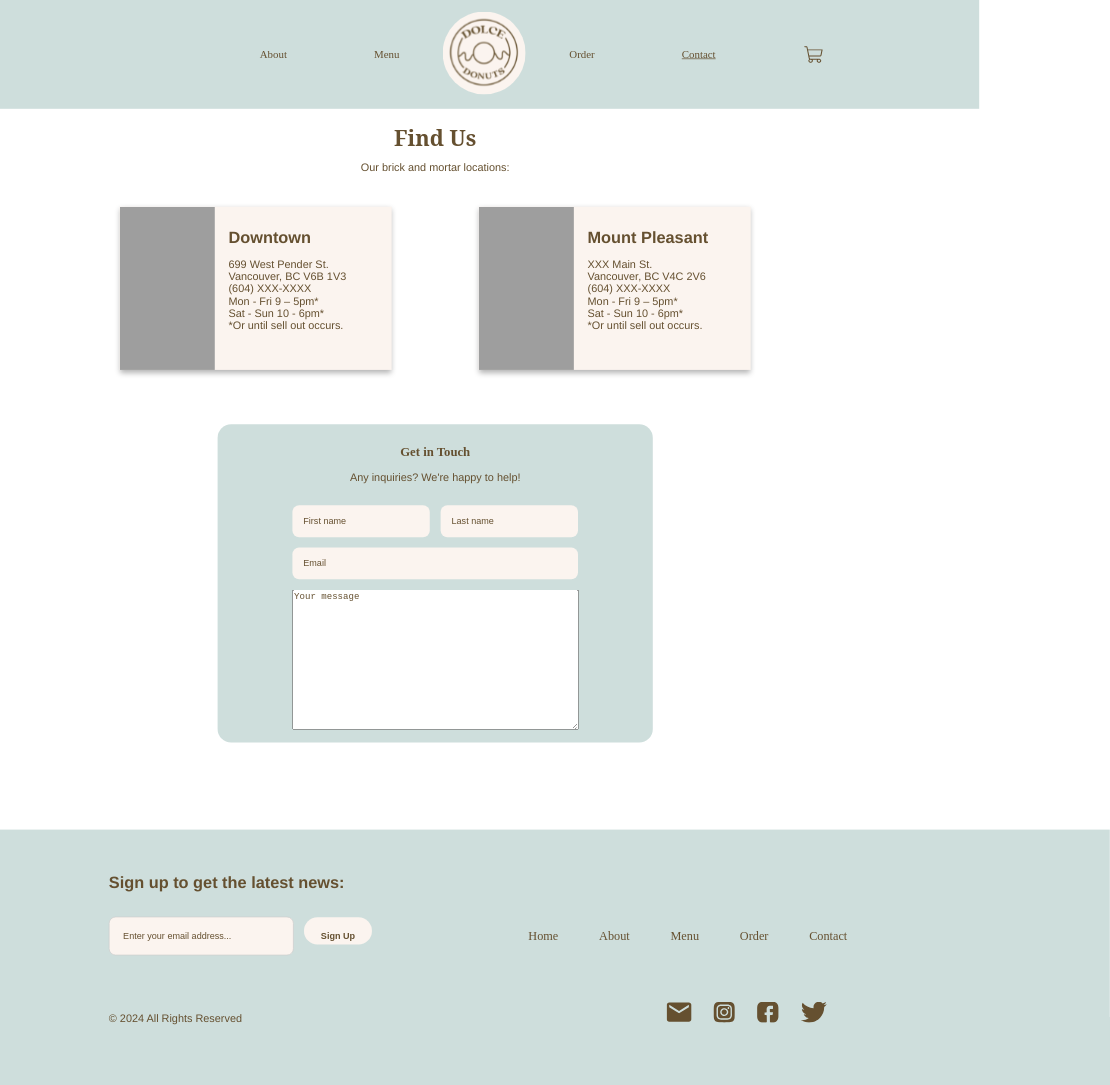
Repository: Crystalhtc/dolcedonuts
Page: /contact
These files come from the project's save history. The page is drawn as it stood at one moment and after the next save; the edit follows.
The browser window is 1280 px wide. The page is 1632 px wide, so the pictures cover 1632 px, including what lies to the right of the window. The pictures show the whole page, at 68% of full size.
Pictures or frames that could not be fetched are drawn as grey boxes. The project was rebuilt for these pictures with package versions that can differ from the ones it lists, and the page was loaded fresh each time. Also part of the build but not shown: vite.config.js, src/pages/Home.module.css, src/pages/Home.jsx, src/components/ProductCard/ProductCard.jsx, src/Data/products.js, src/pages/Order.css, src/pages/Menu.jsx, src/pages/Order.jsx and 13 more.

Above is the page before, as saved 2024-10-20 15:36:53.

### src/App.jsx
import React from 'react';
import "./App.css";
import { BrowserRouter as Router, Route, Routes } from 'react-router-dom';
import Header from './components/Header/Header';
import Footer from './components/Footer/Footer';
import Home from './pages/Home';
import Menu from './pages/menu';
import Order from './pages/order';
import Contact from './pages/Contact';
import About from './pages/About';
import Checkout from './pages/Checkout';
import Cart from './pages/Cart';
import ProductDetails from './pages/ProductDetails';
import PaymentReview from './pages/PaymentReview';

function App() {

  return (
    <Router>
      <Header />
      <Routes>
        <Route path="/" element={<Home />} />
        <Route path="/about" element={<About />} />
        <Route path="/menu" element={<Menu />} />
        <Route path="/order" element={<Order />} />
        {/* <Route path="/productdetails/:id" element={<ProductDetails />} /> */}
        <Route path="/productdetails" element={<ProductDetails />} />
        <Route path="/contact" element={<Contact />} />
        <Route path="/cart" element={<Cart />} />
        <Route path="/checkout" element={<Checkout />} />
        <Route path="/paymentreview" element={<PaymentReview />} />
      </Routes>
      <Footer />
    </Router>
  );
}

export default App;

### src/App.css
@import url('https://fonts.googleapis.com/css2?family=Arimo:ital,wght@0,400..700;1,400..700&display=swap');
@import url('https://fonts.googleapis.com/css2?family=Noto+Serif:ital,wght@0,100..900;1,100..900&display=swap');

:root {
    --mint: #CEDEDC;
    --cream: #FBF4EF;
    --pink: #F5CCD6;
    --dark-pink: #E3BBC5;
    --brown: #655030;
    --dark-brown: #4C3B22;
}
body {
    margin: 0 auto;
}
/* font */
/* heading, button */
h1 {
    font-family: "Noto Serif", serif;
    color: #655030;
    font-size: 28pt;
}
/* subheading */
h2 {
    font-size: 24pt;
    font-family: 'Arimo', sans-serif;
    color: #655030;
}
/* paragraph */
p {
    font-family: 'Arimo', sans-serif;
    color: #655030;
}

.container {
    max-width: 1440px;
    margin: 0 auto;
    height: auto;
    /* padding: 20px;  */
}

### src/components/Header/Header.jsx
import { NavLink } from 'react-router-dom';
import styles from './Header.module.css';
import logo from '../../assets/logo.svg';
import cartIcon from '../../assets/cart-icon.svg';

export default function Header() {
  return (
    <nav className={styles.nav}>
      <ul className={styles.navList}>
        <li className={styles.navItem}>
          <NavLink to="/about" className={({ isActive }) => (isActive ? styles.activeLink : undefined)}>About</NavLink>
        </li>
        <li className={styles.navItem}>
          <NavLink to="/menu" className={({ isActive }) => (isActive ? styles.activeLink : undefined)}>Menu</NavLink>
        </li>
        <li className={styles.logoContainer}>
          <NavLink to="/">
            <img src={logo} alt="Logo" className={styles.logo} />
          </NavLink>
        </li>
        <li className={styles.navItem}>
          <NavLink to="/order" className={({ isActive }) => (isActive ? styles.activeLink : undefined)}>Order</NavLink>
        </li>
        <li className={styles.navItem}>
          <NavLink to="/contact" className={({ isActive }) => (isActive ? styles.activeLink : undefined)}>Contact</NavLink>
        </li>
        <li className={styles.navItem}>
          <NavLink to="/cart" className={({ isActive }) => (isActive ? styles.activeLink : undefined)}>
            <img src={cartIcon} alt="Cart" className={styles.cartIcon} />
          </NavLink>
        </li>
      </ul>
    </nav>
  );
}

### src/components/Footer/Footer.jsx
import React from 'react';
import styles from './Footer.module.css';
import socialMediaIcons from '../../assets/social-media-icons.svg';

const Footer = () => {
    return (
        <footer className={styles.footer}> {/* Use styles for className */}
            <h2 className={styles.signUpMessage}>Sign up to get the latest news:</h2>

            <div className={styles.topContainer}>
                <div className={styles.newsletterSignup}> {/* Use styles for className */}
                    <input type="email" placeholder="Enter your email address..." />
                       <button className={styles.signupButton}>Sign Up</button> {/* Use styles for className */}
                </div>

                 <div className={styles.footerLinks}>
                     <ul className={styles.linkList}>
                        <li><a href="/">Home</a></li>
                        <li><a href="/about">About</a></li>
                        <li><a href="/menu">Menu</a></li>
                        <li><a href="/order">Order</a></li>
                        <li><a href="/contact">Contact</a></li>
                    </ul>
                </div>
            </div>

            <div className={styles.footerBottomContainer}>
                <p>© 2024 All Rights Reserved</p>
                <div className={styles.socialMedia}> {/* Use styles for className */}
                    <img src={socialMediaIcons} alt="Social Media Icons" />
                </div>
            </div>
        </footer>
    );
};

export default Footer;

### src/pages/Contact.jsx
import styles from './Contact.module.css';
import Form from '../components/ContactUsForm/ContactForm';

export default function Contact() {
    return(
        <div className={styles.contactUsContainer}>
            <h1 className={styles.contactUsH1}>Find Us</h1>
            <p>Our brick and mortar locations:</p>
                <div className={styles.contactUsCardContainer}>
                    <div className={styles.contactUsCard}>
                        <div className={styles.locationOne}>
                            <img src="https://images.unsplash.com/photo-1574033566548-f6c3f48cc11e?q=80&w=2160&auto=format&fit=crop&ixlib=rb-4.0.3&ixid=M3wxMjA3fDB8MHxwaG90by1wYWdlfHx8fGVufDB8fHx8fA%3D%3D"
                            alt="cafe table 1"
                            width={140}
                            height={240}
                            className={styles.contactUsImg}
                            />
                            <div>
                                <h2 className={styles.contactUsText}>Downtown</h2>
                                    <p className={styles.contactUsText}> 699 West Pender St.
                                    <br/>
                                    Vancouver, BC V6B 1V3
                                    <br/>
                                    (604) XXX-XXXX
                                    <br/>
                                    Mon - Fri  9 – 5pm*
                                    <br/>
                                    Sat - Sun 10 - 6pm*
                                    <br/>
                                    *Or until sell out occurs.
                                    </p>
                            </div>

                        </div>
                    </div>

                    <div className={styles.contactUsCard}>
                        <div className={styles.locationOne}>
                            <img src="https://images.unsplash.com/photo-1613274554329-70f997f5789f?q=80&w=2574&auto=format&fit=crop&ixlib=rb-4.0.3&ixid=M3wxMjA3fDB8MHxwaG90by1wYWdlfHx8fGVufDB8fHx8fA%3D%3D"
                            alt="cafe table 2"
                            width={140}
                            height={240}
                            className={styles.contactUsImg}
                            />
                            <div>
                                <h2 className={styles.contactUsText}>Mount Pleasant</h2>
                                    <p className={styles.contactUsText}> XXX Main St.
                                    <br/>
                                    Vancouver, BC V4C 2V6
                                    <br/>
                                    (604) XXX-XXXX
                                    <br/>
                                    Mon - Fri  9 – 5pm*
                                    <br/>
                                    Sat - Sun 10 - 6pm*
                                    <br/>
                                    *Or until sell out occurs.
                                    </p>
                            </div>
                        </div>
                    </div>
                </div>
            <Form/>
        </div>
    )
}

### src/components/Header/Header.module.css
.nav {
    width: 1440px;
    height: 160px;
    background-color: var(--mint);
    display: flex;
    justify-content: center;
    flex-shrink: 0;
    margin: auto;
}

.navList {
    list-style-type: none;
    display: flex;
    justify-content: center;
    align-items: center;
    margin: 0;
    padding: 0;
    width: 100%;

    margin-left: 11%;
}

.navItem {
    margin: 0 4rem;
}

.navItem a {
    text-decoration: none;
    color: var(--brown);
}

.logoContainer {
    flex: 0 0 auto;
}

.logo {
    width: 122px;
    height: 122px;
    object-fit: contain;
}

.cartIcon {
    width: 36px;
    height: auto;
}

.navItem .activeLink {
    text-decoration: underline;
    color: var(--brown);
}

### src/components/Footer/Footer.module.css
.footer {
    width: 1440px;
    height: 312px;
    background-color: var(--mint);
    padding: 2rem;
    color: var(--brown);
    padding-left: 10rem;
    flex-shrink: 0;
    margin: auto;
}

.topContainer {
    display: flex;
    align-items: center;
    gap: 10rem;
}

.footerBottomContainer {
    display: flex;
    margin-top: 3rem;
    gap: 39rem;
}

.newsletterSignup input {
    padding: 20px;
    width: 230px;
    border: 1px solid #ccc;
    background-color: var(--cream);
    border-radius: 10px;
}

.signupButton {
    width: 100px;
    padding: 20px;
    margin-left: 15px;
    background-color: var(--cream);
    color: var(--brown);
    font-weight: bold;
    border: none;
    border-radius: 20px;
}

.footerLinks {
    margin: 20px 0;
    display: flex;
    font-size: large;
}

.linkList a {
    color: var(--brown);
    list-style-type: none;
    text-decoration: none;
}

.linkList li {
    text-decoration: none;
    display: inline;
    margin: 0 30px;
}

.socialMedia img {
    width: 250px;
    height: auto;
}

### src/pages/Contact.module.css
.contactUsContainer {
    text-align: center;
}

.contactUsH1 {
    margin-bottom: -2px;
}

.contactUsCardContainer {
    display: flex;
    gap: 10%;
    justify-content: center;
    margin-top: 3rem;
}

.locationOne {
    display: flex;
}

.contactUsText {
    text-align: left;
    padding-left: 20px;
}

.contactUsCard {
    background-color: var(--cream);
    width: 400px;
    box-shadow: 0 4px 8px rgba(0, 0, 0, 0.3);
    margin-bottom: 5rem;
}

### src/components/ContactUsForm/ContactForm.jsx
import { useState } from "react";
import styles from './ContactForm.module.css';

export default function Form() {
    const [firstName, setFirst] = useState('');
    const [lastName, setLast] = useState('');
    const [submitted, setSubmitted] = useState(false);

    const handleSubmission = async (e) => {
        e.preventDefault();
        console.log('Thank you for your inquiry!');
        setSubmitted(true);
    };

    return (
        <>
            {submitted ? (
                <div className={styles.successfulMessage}>
                    <h2>Thank you for your inquiry!</h2>
                    <p>You will hear from us within 14 business days.</p>
                </div>
            ) : (
                <form onSubmit={handleSubmission} className={styles.formContainer}>
                    <div className={styles.nameContainer}>
                        <h3>Get in Touch</h3>
                        <p>Any inquiries? We're happy to help!</p>
                        <div className={styles.nameFieldContainer}>
                            <div className={styles.nameField}>
                                <input
                                    className={styles.inputWidth}
                                    name="firstName"
                                    placeholder="First name"
                                    type="text"
                                    value={firstName}
                                    onChange={(e) => setFirst(e.target.value)}
                                    required
                                />
                            </div>
                            <div className={styles.nameField}>
                                <input
                                    className={styles.inputWidth}
                                    name="lastName"
                                    placeholder="Last name"
                                    type="text"
                                    value={lastName}
                                    onChange={(e) => setLast(e.target.value)}
                                    required
                                />
                            </div>
                        </div>
                        <div className={styles.formPlaceholders}>
                            <input className={styles.emailPlaceholder} type="email" name="email" placeholder="Email"/>
                        </div>

                        <div className={styles.formPlaceholders}>
                            <textarea className={styles.messagePlaceholder} name="message" placeholder="Your message"></textarea>
                        </div>
                    </div>

                </form>
            )}
        </>
    );
}

{/* <div className={styles.contactFormContainer}>
            <h2>Get in touch</h2>
            <p>Any inquiries? We're happy to help.</p>
            <form className={styles.form}>
                <div className={styles.formPlaceholdersName}>
                    <input type="text" name="firstName" placeholder="First name"/>
                    <br/>
                    <input type="text" name="lastName" placeholder="Last name"/>
                </div>

                <div className={styles.formPlaceholders}>

                </div>

                <div className={styles.formPlaceholders}>
                    <input type="email" name="email" placeholder="Email"/>
                </div>

                <div className={styles.formPlaceholders}>
                    <textarea name="message" placeholder="Your message"></textarea>
                </div>
            </form>
        </div> */}

### src/pages/PaymentReview.module.css

.reviewContainer > h1 {
    margin: 2rem auto;
    text-align: center;
    color: var(--brown);
}

.orderReview {
    display: flex;
    justify-content: space-between;
    align-items: start;
    width: 100%;
    gap: 2rem;
}

.orderDetails {
    flex: 2;
    margin-left: 2rem;
}

.orderSummary {
    flex: 1;
    padding: 2rem;
    height: fit-content;
    border-left: 1px solid var(--brown);
}

.orderTable {
    border-collapse: collapse;
    background: var(--cream);
}

.orderTable tr {
    border: 1px solid var(--brown);
}

.orderTable td {
    padding: 1rem;
    color: var(--brown);
}

.orderTable td:first-child {
    font-weight: bold;
    width: 30%;
}

.productList {
    display: flex;
    flex-direction: column;
    gap: 1rem;
    margin-bottom: 2rem;
}

.productCard {
    display: flex;
    gap: 1rem;
    padding: 1rem;
    border: 1px solid var(--brown);
    background-color: var(--cream);
    align-items: start;
    justify-content: start;
}

.productImage {
    width: 80px;
    height: 80px;
    background-color: #f0f0f0;
    border-radius: 4px;
}

.productInfo {
    flex: 1;
    color: var(--brown);
}

.productName {
    font-size: 1.2rem;
    font-weight: bold;
    color: var(--brown);
}

.productPrice {
    color: var(--brown);
    font-weight: bold;
}

.priceSummary {
    display: flex;
    flex-direction: column;
    margin-bottom: 2rem;
}

.subtotal, .tax, .total {
    display: flex;
    justify-content: space-between;
    align-items: center;
    color: var(--brown);
}

.total {
    font-weight: bold;
    font-size: 1.2rem;
    border-top: 1px solid var(--brown);
    padding-top: 1rem;
}

.continueButtonContainer {
    width: 100%;
    display: flex;
    justify-content: center;
    margin-top: 2rem;
}

.continueButton {
    width: 50%;
}

/* Section Headers */
h1 {
    margin-bottom: 2rem;
    font-size: 2rem;
    color: var(--brown);
}

/* Responsive Design */
@media (max-width: 768px) {
    .reviewContainer {
        padding: 1rem;
    }

    .orderSummary {
        width: 100%;
        border-left: none;
        border-top: 1px solid var(--brown);
        padding-top: 2rem;
    }

    .continueButton button {
        width: 100%;
    }

    .orderTable td {
        display: block;
        width: 100%;
    }

    .orderTable td:first-child {
        width: 100%;
        padding-bottom: 0;
    }
}

### src/components/ProductCard/ProductCard.module.css
.container {
    width: 340px;
    height: 530px;
    border-radius: 8px;
    padding: 18px 8px;
    box-shadow: 0px 4px 4px 0px rgba(0, 0, 0, 0.25);
    display: flex;
    flex-direction: column;
    align-items: center;
}
.priceAndButton {
    display: flex;
    flex-direction: row;
    align-items: center;
    gap: 10em;
}
button {
    width: 95px;
    height: 36px;
    border-radius: 8px;
    border: none;
    color: var(--brown);
    background: var(--Cream, #FBF4EF);
}
button h2 {
    margin: 0;
}

### src/components/ContactUsForm/ContactForm.module.css
.form {
    justify-content: left;
    text-align: left;
}
.formPlaceholdersName {
    display: flex;
}

.contactFormContainer {
    text-align: center;
}

.nameFieldContainer {
    display: flex;
    justify-content: center;
    gap: 1rem;
    padding-top: 15px;
    padding-bottom: 15px;

}

.formPlaceholders {
 padding-bottom: 15px;
}

.inputWidth{
    width: 170px;
    border-radius: 10px;
}

.emailPlaceholder {
    width: 388px;
    border-radius: 10px;
}

.messagePlaceholder {
    width: 415px;
    max-width: 415px;
    height: 200px;
    max-height: 250px;
}

form {
    background-color: var(--mint);
    margin-left: 25%;
    margin-right: 25%;
    margin-bottom: 10%;
    padding-top: 10px;
    border-radius: 20px;
}

Loaded but not shown: index.html (common file); src/main.jsx (common file); src/pages/Checkout.module.css (265 lines, source omitted)

After the next save:
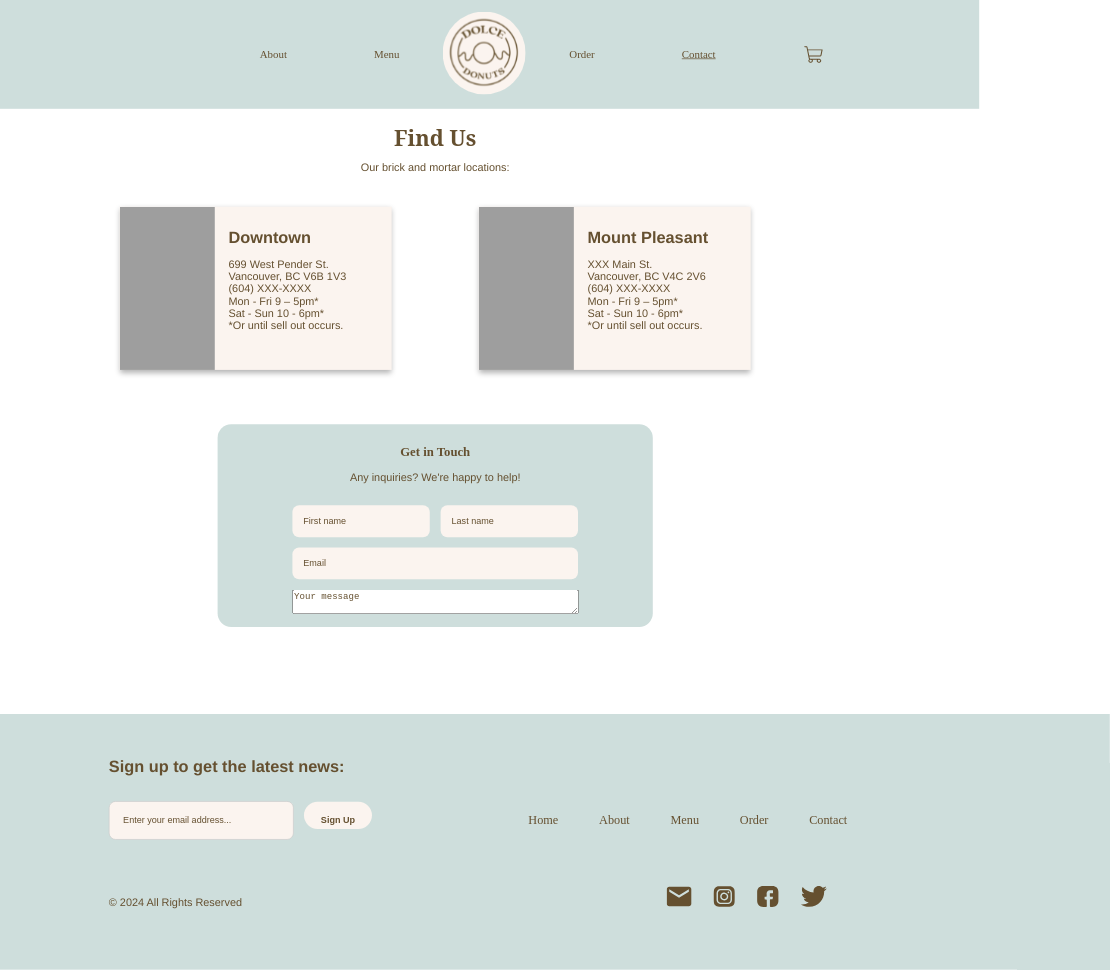
Saved 17 s later.
--- a/src/components/ContactUsForm/ContactForm.module.css
+++ b/src/components/ContactUsForm/ContactForm.module.css
@@ -36,6 +36,7 @@
 .messagePlaceholder {
     width: 415px;
     max-width: 415px;
+    min
     height: 200px;
     max-height: 250px;
 }

After the save that followed:
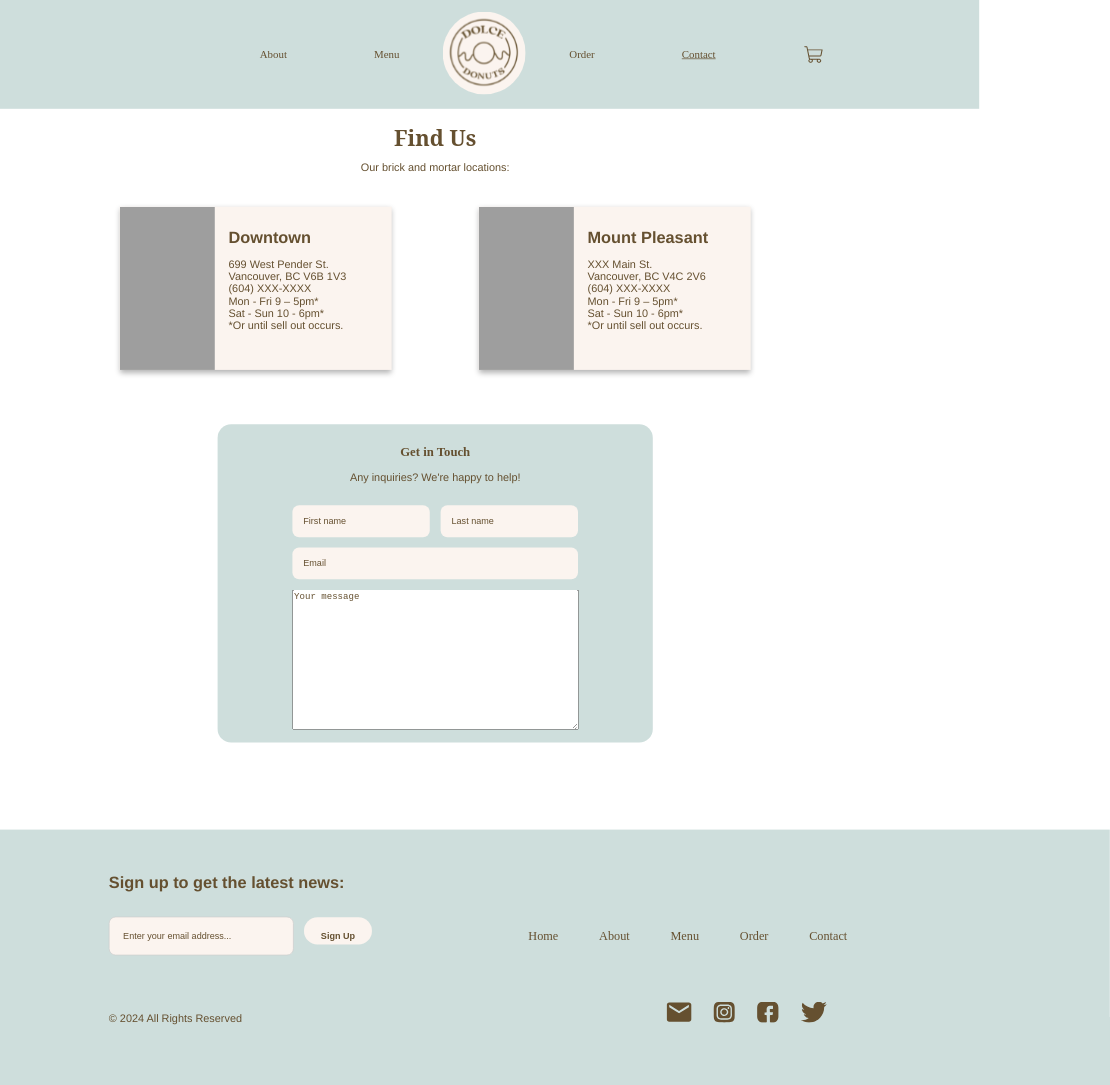
Saved 4 s later.
--- a/src/components/ContactUsForm/ContactForm.module.css
+++ b/src/components/ContactUsForm/ContactForm.module.css
@@ -36,7 +36,7 @@
 .messagePlaceholder {
     width: 415px;
     max-width: 415px;
-    min
+    min-width: ;
     height: 200px;
     max-height: 250px;
 }
